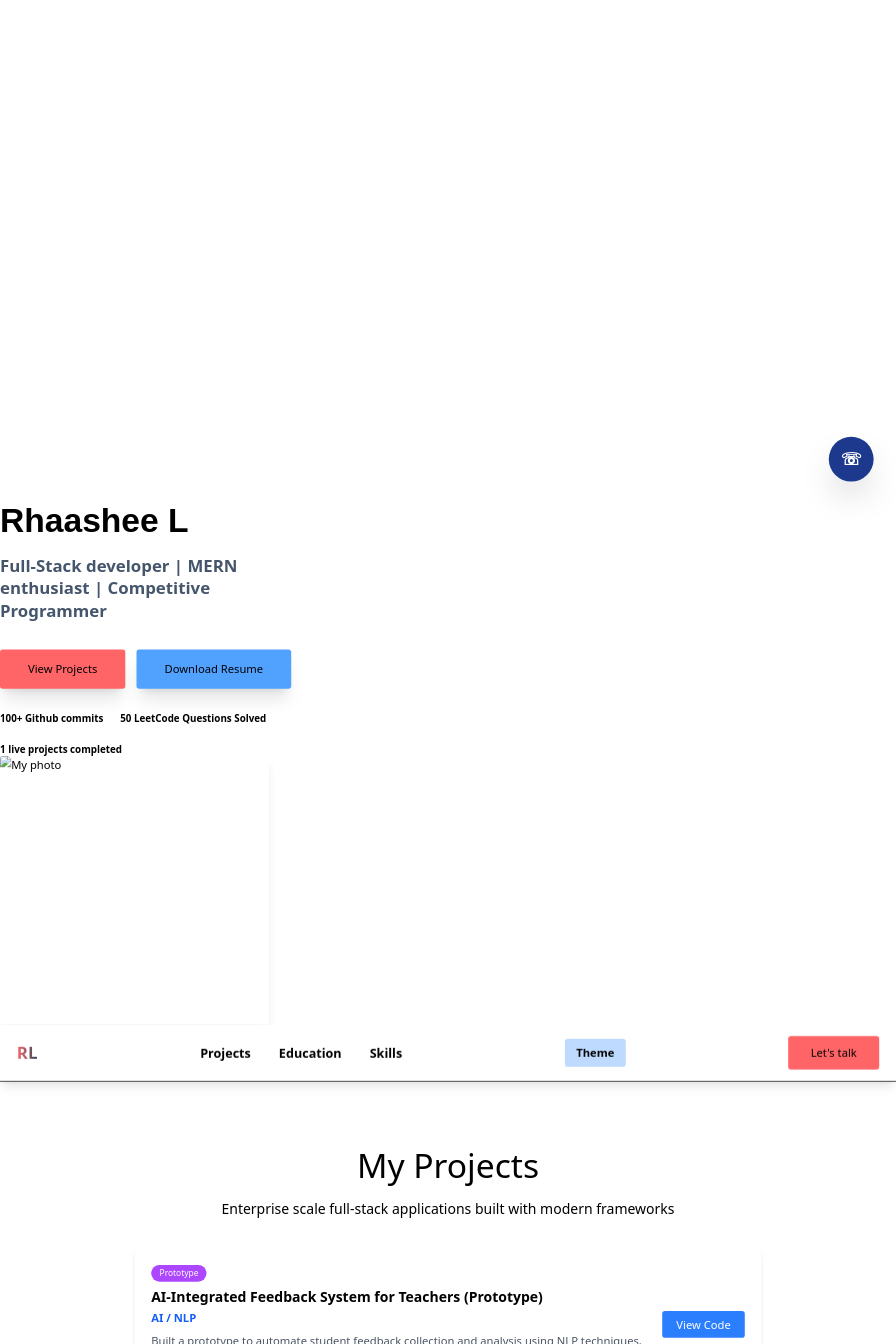
Repository: Rhaashee/myProfile
Page: index.html
An editor plug-in stored every save of this project. The page is shown before and after the next save, followed by the edit.
The browser window is 1280 px wide. The pictures show the part of the page from y = 0 to 1920 px (the page is 4649 px tall before and 3185 px after), at 70% of full size.

Above is the page before, as saved 2026-04-30 09:17:27.
Console error: SyntaxError: Identifier 'projectsData' has already been declared
Not found: assets/images/bg.png
Not found: assets/images/img.jpg

### index.html
<!-- MERN_Stu_FebMay26Mys\W4\D5\portfolio-project\index.html -->
<!DOCTYPE html>
<html lang="en">

<head>
    <meta charset="UTF-8">
    <meta name="viewport" content="width=device-width, initial-scale=1.0">

    <title>Week 3 & 4 Portfolio Project</title>

    <script src="https://cdn.jsdelivr.net/npm/@tailwindcss/browser@4"></script>

    <link rel="stylesheet" href="css/custom.css">

</head>

<body>
    <!-- HERO SECTION -->

    <section class="min-h-screen bg-cover bg-center relative" style="background-image: url('assets/images/bg.png');">

        <!-- Overlay -->
        <div class="absolute inset-0 bg-white/80"></div>

        <!-- Content -->
        <div
            class="relative flex flex-col lg:flex-row lg:items-center lg:justify-between px-8 lg:px-16 py-20 gap-12 lg:gap-20">

            <!-- Your existing content here -->

        </div>

    </section>

    <div class="order-2 lg:order-1 flex-1 lg:max-w-lg text-center lg:text-left">

        <h1 class="text-5xl mb-6 font-bold" style="font-family: 'Poppins', sans-serif;">Rhaashee L</h1>

        <p class="text-xl lg:text-2xl text-slate-600 font-bold mb-10 max-w-md mx-auto lg:mx-0">
            Full-Stack developer | MERN enthusiast | Competitive Programmer
        </p>

        <div class="flex flex-col sm:flex-row gap-4 justify-center lg:justify-start items-center lg:items-start mb-8">

            <a href="#projects" class="bg-red-400 hover:bg-green-500 px-10 py-4 rounded shadow-xl">
                View Projects
            </a>

            <a href="#resume" class="bg-blue-400 hover:bg-green-500 px-10 py-4 rounded shadow-xl">
                Download Resume
            </a>

        </div>

        <div class="flex flex-wrap gap-6 justify-center lg:justify-start text-sm font-bold">

            <span>100+ Github commits</span>
            <span>50 LeetCode Questions Solved</span>
            <span>1 live projects completed</span>

        </div>

    </div>

    <div class="order-1 lg:order-2 w-full lg:w-96 max-w-sm mx-auto lg:mx-0">

        <img src="assets/images/img.jpg" alt="My photo"
            class="aspect-square w-full rounded shadow-lg mx-auto lg:mx-0 hover:ring-blue-500 transition-all duration-300 hover:scale-[1.02]"
            loading="lazy">

    </div>

    </section>

    <!-- NAVBAR -->

    <nav class="sticky top-0 z-50 bg-white/95 backdrop-blur-md border-b shadow-lg">

        <div class="max-w-7xl mx-auto px-6 py-4 flex items-center justify-between">

            <a href="#"
                class="text-2xl font-bold bg-clip-text bg-gradient-to-r from-red-400 to-slate-700 text-transparent">
                RL
            </a>

            <ul class="hidden md:flex items-center gap-10">

                <li><a href="#projects" class="text-lg font-bold hover:text-blue-600">Projects</a></li>

                <li><a href="#education" class="text-lg font-bold hover:text-blue-600">Education</a></li>

                <li><a href="#skills" class="text-lg font-bold hover:text-blue-600">Skills</a></li>

            </ul>
            <button id="theme-toggle" class="bg-blue-200 px-4 py-2 rounded font-bold">Theme</button>
            <a href="#contact" class="bg-red-400 hover:bg-green-500 rounded transition-all duration-300 px-8 py-3">
                Let's talk
            </a>

        </div>

    </nav>

    <!-- PROJECTS -->

    <section id="projects" class="py-24 px-8 lg:px-16">

        <div class="max-w-7xl mx-auto">

            <div class="text-center mb-10">

                <h2 class="text-4xl lg:text-5xl mb-6">My Projects</h2>

                <p class="text-xl max-w-2xl mx-auto">
                    Enterprise scale full-stack applications built with modern frameworks
                </p>

            </div>

            <!-- Project Filter Bar -->

            <div id="projects-container" class="max-w-4xl mx-auto space-y-6"></div>

            <!-- Dynamic container for projects -->

            <div id="projects-container" class="grid grid-cols-1 md:grid-cols-2 lg:grid-cols-3 gap-8">
            </div>

        </div>

    </section>

    <!--Education and experience-->
    <section id="experience" class="py-24 px-8 lg:px-16">

        <div class="max-w-4xl mx-auto">

            <h2 class="text-4xl text-gray-700 text-center mb-10">
                Education
            </h2>

            <!-- Dynamic Education -->
            <div id="education-container"></div>

        </div>

    </section>

    </section>

    <!-- SKILLS -->

    <section id="skills" class="py-24 px-8 lg:px-16 bg-blue-100">

        <div class="max-w-7xl mx-auto">

            <h2 class="text-4xl text-center font-bold mb-20">
                Skills
            </h2>

            <!-- Dynamic Skills Container -->

            <div id="skills-container" class="grid grid-cols-1 md:grid-cols-2 lg:grid-cols-4 gap-8">
            </div>

        </div>

    </section>

    <!-- CONTACT MODAL -->

    <button id="modal-trigger"
        class="fixed bottom-8 right-8 w-16 h-16 bg-blue-900 text-white rounded-full shadow-2xl flex items-center justify-center text-2xl font-bold">
        ☏
    </button>

    <div id="contact-modal" class="fixed inset-0 z-50 hidden bg-black/50 backdrop-blur-md">

        <div class="flex items-center justify-center min-h-screen p-4">

            <div id="modal-content"
                class="bg-white w-full max-w-md rounded-2xl shadow-2xl scale-95 opacity-0 transition-all duration-300">

                <div class="sticky top-0 border-b p-8 pt-12 bg-white">

                    <h3 class="text-2xl font-bold">Contact Me</h3>

                    <button id="modal-close" class="absolute top-6 right-6 text-2xl font-bold">
                        ×
                    </button>

                </div>

                <form id="contact-form" class="p-8 space-y-4">

                    <input id="contact-name" type="text" placeholder="Your name"
                        class="w-full border rounded px-4 py-3">

                    <input id="contact-email" type="email" placeholder="email@website.com"
                        class="w-full border rounded px-4 py-3">

                    <p id="form-message" class="text-sm text-red-500"></p>

                    <div class="flex flex-col sm:flex-row gap-4 pt-4">

                        <button type="button" id="form-cancel" class="flex-1 font-bold py-4 px-6">
                            Cancel
                        </button>

                        <button type="submit" class="flex-1 font-bold py-4 px-6">
                            Submit
                        </button>

                    </div>

                </form>

            </div>

        </div>

    </div>

    <!-- SWIPE TO HOME BUTTON -->

    <button id="home-swiper"
        class="fixed bottom-8 left-8 bg-pink-200 text-white px-5 py-3 rounded-full shadow-xl hover:bg-blue-600 transition">
        Back to Home
    </button>
    <!-- MAIN JS ENTRY-->

    <script src="js/data/projects.js"></script>
    <script src="js/data/skills.js"></script>
    <script src="js/features/skills-render.js"></script>
    <script src="js/features/modal.js"></script>
    <script src="js/features/contact-validation.js"></script>
    <script src="js/features/theme-toggle.js"></script>
    <script src="js/data/projects.js"></script>
    <script src="js/features/project-filter.js"></script>
    <script src="js/features/project-search.js"></script>
    <script src="js/main.js"></script>
    <script src="js/features/BackToTop.js"></script>
    <script src="js/data/education.js"></script>
    <script src="js/features/education-render.js"></script>



</body>

</html>

### css/custom.css
.dark-mode{
    background-color: black;
    color: white;
}
.dark-mode nav{
    background-color: rgb(178, 173, 173);
    color: white;
}
.dark-mode section{
    background-color: rgb(0, 0, 0);
    color: white;
}
.dark-mode .bg-blue-100{
    background-color: rgb(235, 236, 240);
    color: rgb(153, 145, 145);
}
.dark-mode .bg-white{
    background-color: rgb(0, 0, 0);
}
.dark-mode .text-gray-700{
    color: white;
}
.line-clamp-2 {
  display: -webkit-box;
  -webkit-line-clamp: 2;
  -webkit-box-orient: vertical;
  overflow: hidden;
}
.progress-circle {
  width: 90px;
  height: 90px;
  border-radius: 50%;
  display: flex;
  align-items: center;
  justify-content: center;
  box-shadow: 0 4px 10px rgba(37, 99, 235, 0.2);
}

.inner-circle {
  width: 65px;
  height: 65px;
  background: white;
  border-radius: 50%;
  display: flex;
  align-items: center;
  justify-content: center;
  font-weight: bold;
}

.dark .inner-circle {
  background: #eff6ff;
}

### js/data/projects.js
const projectsData = [
  {
    id: 1,
    name: "AI-Integrated Feedback System for Teachers (Prototype)",
    category: "AI / NLP",
    description:
      "Built a prototype to automate student feedback collection and analysis using NLP techniques, enabling structured insights from textual responses.",
    technologies: ["Python", "Flask", "NLP"],
    status: "Prototype",
    liveDemo: "#",
    github: "#"
  },{
    id: 2,
    name: "Virtual Herbal Garden – AYUSH Soap Products",
    category: "Web Development",
    description:
      "Designed an interactive platform for exploring herbal plants and their uses in AYUSH soap products, providing detailed plant and product information.",
    technologies: ["Python", "HTML", "CSS"],
    status: "Completed",
    liveDemo: "#",
    github: "#"
  },
  {
    id: 3,
    name: "Land Leasing Platform for Farmers (Ongoing)",
    category: "Web Development",
    description:
      "Developing a web-based platform for secure land leasing with buyer and seller authentication, enabling transparent and efficient transactions.",
    technologies: ["HTML", "CSS", "JavaScript", "MySQL"],
    status: "Completed",
    liveDemo: "#",
    github: "#"
  },
  {
    id: 4,
    name: "Portfolio Website",
    category: "Frontend",
    description:
      "Responsive personal portfolio website showcasing projects, skills, and contact information.",
    technologies: ["HTML", "Tailwind CSS", "JavaScript"],
    status: "Live",
    liveDemo: "#",
    github: "#"
  },
  {
    id: 6,
    name: "BookMyShow Clone",
    category: "MERN",
    description:
      "Full stack movie ticket booking application with AI-powered smart movie suggestions.",
    technologies: ["ReactJS", "ExpressJS", "MongoDB", "NodeJS"],
    status: "Ongoing",
    liveDemo: "#",
    github: "#"
  }

];

### js/data/skills.js

const skillsData = [
  {
    id: 1,
    name: "MongoDB",
    shortLabel: "MDB",
    description: "NoSQL database for handling unstructured data and scalable applications."
  },
  {
    id: 2,
    name: "ExpressJS",
    shortLabel: "Exp",
    description: "Backend framework for building REST APIs and server-side applications."
  },
  {
    id: 3,
    name: "ReactJS",
    shortLabel: "R",
    description: "Component-based UI development with hooks and state management."
  },
  {
    id: 4,
    name: "NodeJS",
    shortLabel: "Node",
    description: "JavaScript runtime for building scalable backend services."
  },
  {
    id: 5,
    name: "Power BI",
    shortLabel: "BI",
    description: "Interactive dashboards and data visualization for business insights."
  },
  {
    id: 6,
    name: "Tableau",
    shortLabel: "Tb",
    description: "Data visualization and storytelling through charts and dashboards."
  },

];

### js/features/skills-render.js
function renderSkills(){
    const skillsContainer = document.getElementById("skills-container");

    if(!skillsContainer){
        console.log("Skills Contianer not found");
        return;
    }
    skillsContainer.innerHTML = "";
    skillsData.forEach(function(skill){
        // to create outer card
        const card = document.createElement("div");
        card.className = "p-8 text-center bg-white rounded-3xl shadow-lg";

        // create icon
        const iconBox = document.createElement("div");
        iconBox.className = "w-20 h-20 mx-auto mb-4 bg-green-900 rounded-2xl flex item-center justify-center";

        // create icon
        const iconText = document.createElement("span");
        iconText.className = "text-2xl text-white font-bold"
        iconText.textContent = skill.shortLabel;

        // Put iconText inside iconBox
        iconBox.appendChild(iconText);

        // create a skill name
        const skillsName = document.createElement("h3");
        skillsName.className = "text-xl font-bold mb-2";
        skillsName.textContent = skill.name;

        // create skill description
        const skillDescription = document.createElement("p");
        skillDescription.className = "text-sm";
        skillDescription.textContent = skill.description;

        // append all child elements to card
        card.appendChild(iconBox);
        card.appendChild(skillsName);
        card.appendChild(skillDescription);

        // append card to skills container
        skillsContainer.appendChild(card);
    });
    console.log("Skills rendered successfully");
}

### js/features/modal.js
function initModal(){
    const modal = document.getElementById("contact-modal");
    const modalContent = document.getElementById("modal-content");
    const modalTrigger = document.getElementById("modal-trigger");
    const modalClose = document.getElementById("modal-close");
    const formCancel = document.getElementById("form-cancel");

    if(!modal || !modalContent || !modalTrigger || !modalClose || !formCancel){
        console.log("Modal element not found");
        return;
    }
    function openModal(){
        modal.classList.remove("hidden");

        setTimeout(function(){
            modalContent.classList.remove("scale-95","opacity-0");
        },10);
    }
    function closeModal(){
        modalContent.classList.add("scale-95","opacity-0");
        setTimeout(function(){
            modal.classList.add("hidden");
        },200);
    }
    modalTrigger.addEventListener("click",openModal);
    modalClose.addEventListener("click",closeModal);
    formCancel.addEventListener("click",closeModal);

    //close when clicking on backdrop
    modal.addEventListener("click",function(event){
        if(event.target === modal){
            closeModal();
        }
    });
    console.log("Modal opened successfully");
}

### js/features/contact-validation.js
function initContactValidation(){
    const contactModal = document.getElementById("contact-modal");
    const contactForm = document.getElementById("contact-form");
    const contactName = document.getElementById("contact-name");
    const contactEmail = document.getElementById("contact-email");
    const formMessage = document.getElementById("form-message");

    if(!contactModal || !contactForm || !contactName || !contactEmail || !formMessage){
        console.log("Contact form elements not found");
        return;
    }

    contactForm.addEventListener("submit",function(event){
        event.preventDefault();

        const name = contactName.value.trim();
        const email = contactEmail.value.trim();

        formMessage.textContent = "";
        formMessage.className = "text-sm";

        // Name validation
        if(name === ""){
            formMessage.textContent = "Name is required";
            formMessage.classList.add("text-red-500");
            contactName.focus();
            return;
        }
        if(name.length < 5){
            formMessage.textContent = "Name must be atleast 5 chars"
            formMessage.classList.add("text-red-500");
            contactName.focus();
            return;
        }
        // Email Validation
        if(email === ""){
            formMessage.textContent = "Email is required";
            formMessage.classList.add("text-red-500");
            contactEmail.focus();
            return;
        }
        const emailPattern = /^[^\s@]+@[^\s@]+\.[^\s@]+$/;

        if(!emailPattern.test(email)){
            formMessage.textContent = "Enter valid email";
            formMessage.classList.add("text-red-500");
            contactEmail.focus();
            return;
        }

        formMessage.textContent = "Meassage Submitted Sucessfully";
        formMessage.classList.add("text-green-600");
        console.log("Valid credentials : ",{name:name,email:email});
        contactForm.reset();
    });
    contactName.addEventListener("input",function(){
        formMessage.textContent = "";
    });
    contactEmail.addEventListener("input",function(){
        formMessage.textContent = "";
    });
}

### js/features/theme-toggle.js
function initThemeToggle(){
    const toggleBtn = document.getElementById("theme-toggle");
    const body = document.body;

    const savedTheme = localStorage.getItem("portfolio-theme");

    if(savedTheme === "dark"){
        body.classList.add("dark-mode");
    }
    toggleBtn.addEventListener("click",function(){
        body.classList.toggle("dark-mode");
        if(body.classList.contains("dark-mode")){
            localStorage.setItem("portfolio-theme","dark");
            console.log("Dark mode enanbled");
        }else{
            localStorage.setItem("portfolio-theme","light");
            console.log("Light mode enanbled");
        }
    });
}

### js/features/project-search.js
document.addEventListener("DOMContentLoaded", () => {

    const dropdown = document.getElementById("project-filter-dropdown");
    const container = document.getElementById("projects-container");

    // Initially hide projects
    container.innerHTML = "";

    dropdown.addEventListener("change", () => {

        const selected = dropdown.value;

        // if nothing selected → hide again
        if (!selected) {
            container.innerHTML = "";
            return;
        }

        // filter projects
        const filtered = projectsData.filter(
            (p) => p.category === selected
        );

        renderProjects(filtered);
    });

});

### js/main.js
document.addEventListener("DOMContentLoaded", function () {
    // Render Skills
    renderSkills();
    initModal();
    initContactValidation();
    initThemeToggle();
})
document.addEventListener("DOMContentLoaded", () => {
    renderEducation();
});
document.addEventListener("DOMContentLoaded", () => {
    renderProjects(projectsData);
});

### js/features/BackToTop.js
const swiperButton = document.getElementById("home-swiper");

// safety check (important)
if (swiperButton) {

    // hide initially
    swiperButton.style.display = "none";

    // scroll to top
    swiperButton.addEventListener("click", function () {
        window.scrollTo({
            top: 0,
            behavior: "smooth"
        });
    });

    // show on scroll
    window.addEventListener("scroll", function () {
        if (window.scrollY > 300) {
            swiperButton.style.display = "block";
        } else {
            swiperButton.style.display = "none";
        }
    });

}

### js/data/education.js
const educationData = [
    {
        id: 1,
        title: "B.E. in CSE (Data Science)",
        institution: "Sai Vidya Institute of Technology, Rajankunte, Bangalore",
        percentage: 83,
        duration: "2022 – 2026"
    },
    {
        id: 2,
        title: "PUC",
        institution: "Deeksha PU College, Thalaghattapura ,Banglore,",
        percentage: 82,
        duration: "2022"
    },
    {
        id: 3,
        title: "Schooling",
        institution: "Nitte International School, Mylapanahhali ,Yelehanka ,Banaglore",
        percentage: 69,
        duration: "2020"
    }
];

### js/features/education-render.js
function renderEducation() {
    const container = document.getElementById("education-container");

    if (!container) return;

    container.innerHTML = "";

    educationData.forEach((edu) => {

        // CARD
        const card = document.createElement("div");
        card.className =
            "flex items-center gap-6 bg-white dark:bg-blue-50 p-6 mb-6 rounded-xl shadow-md hover:shadow-lg transition";

        //  DONUT CIRCLE
        const circle = document.createElement("div");
        circle.className = "progress-circle";

        const value = edu.percentage;

        // BLUE DONUT
        circle.style.background =
            `conic-gradient(#2563eb ${value}%, #bfdbfe ${value}%)`;

        const inner = document.createElement("div");
        inner.className = "inner-circle";
        inner.textContent = value + "%";

        circle.appendChild(inner);

        // TEXT displaying name of school and college
        const textBox = document.createElement("div");

        const title = document.createElement("h3");
        title.className = "text-lg font-bold";
        title.textContent = edu.title;

        const inst = document.createElement("p");
        inst.className = "text-gray-600";
        inst.textContent = edu.institution;

        const duration = document.createElement("p");
        duration.className = "text-sm text-gray-500";
        duration.textContent = edu.duration;

        textBox.append(title, inst, duration);

        // FINAL
        card.append(circle, textBox);
        container.appendChild(card);
    });
}

Loaded but not shown: js/features/project-filter.js (71 lines, source omitted)

After the next save:
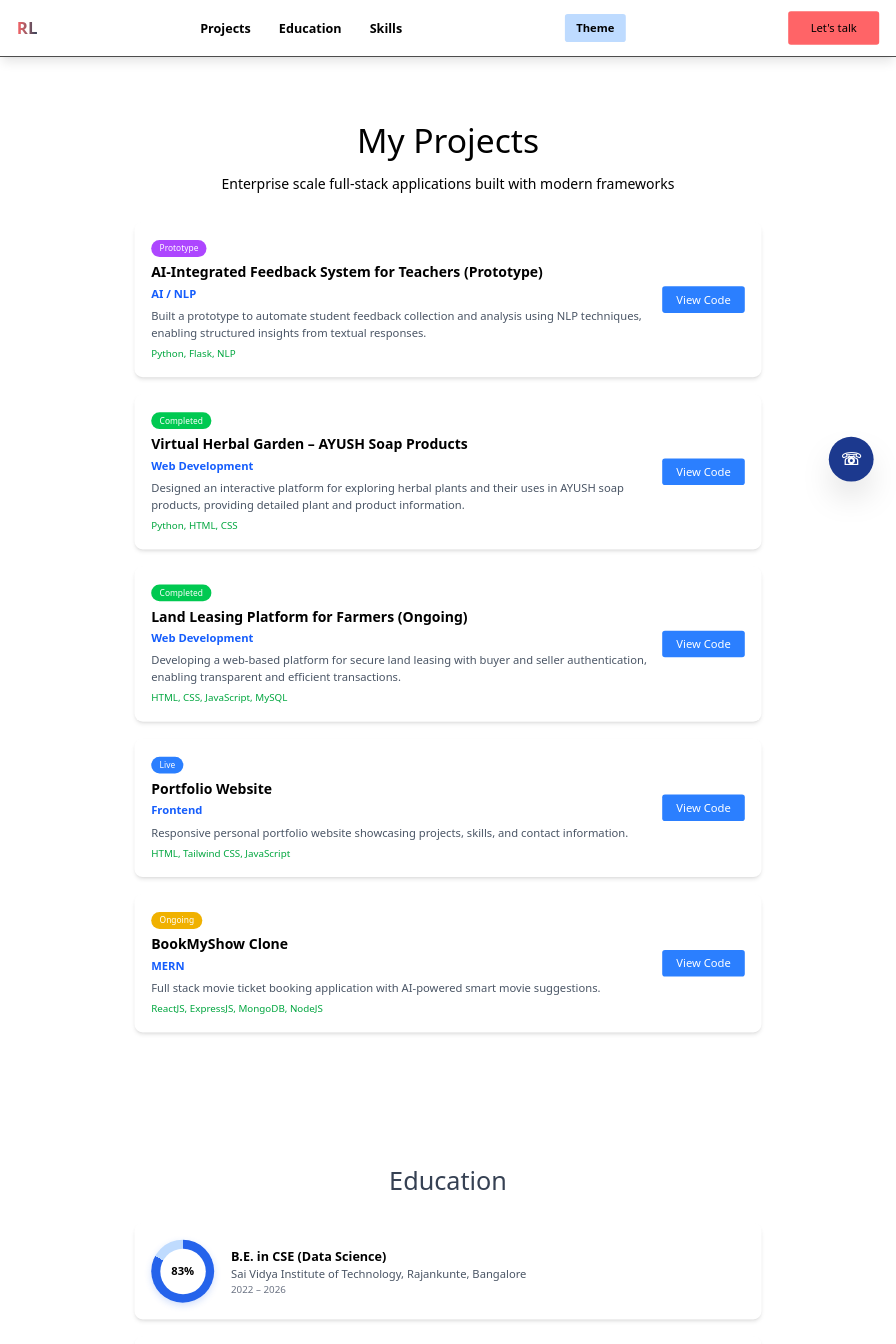
Saved 24 min 24 s later.
--- a/index.html
+++ b/index.html
@@ -17,60 +17,7 @@
 <body>
     <!-- HERO SECTION -->
 
-    <section class="min-h-screen bg-cover bg-center relative" style="background-image: url('assets/images/bg.png');">
 
-        <!-- Overlay -->
-        <div class="absolute inset-0 bg-white/80"></div>
-
-        <!-- Content -->
-        <div
-            class="relative flex flex-col lg:flex-row lg:items-center lg:justify-between px-8 lg:px-16 py-20 gap-12 lg:gap-20">
-
-            <!-- Your existing content here -->
-
-        </div>
-
-    </section>
-
-    <div class="order-2 lg:order-1 flex-1 lg:max-w-lg text-center lg:text-left">
-
-        <h1 class="text-5xl mb-6 font-bold" style="font-family: 'Poppins', sans-serif;">Rhaashee L</h1>
-
-        <p class="text-xl lg:text-2xl text-slate-600 font-bold mb-10 max-w-md mx-auto lg:mx-0">
-            Full-Stack developer | MERN enthusiast | Competitive Programmer
-        </p>
-
-        <div class="flex flex-col sm:flex-row gap-4 justify-center lg:justify-start items-center lg:items-start mb-8">
-
-            <a href="#projects" class="bg-red-400 hover:bg-green-500 px-10 py-4 rounded shadow-xl">
-                View Projects
-            </a>
-
-            <a href="#resume" class="bg-blue-400 hover:bg-green-500 px-10 py-4 rounded shadow-xl">
-                Download Resume
-            </a>
-
-        </div>
-
-        <div class="flex flex-wrap gap-6 justify-center lg:justify-start text-sm font-bold">
-
-            <span>100+ Github commits</span>
-            <span>50 LeetCode Questions Solved</span>
-            <span>1 live projects completed</span>
-
-        </div>
-
-    </div>
-
-    <div class="order-1 lg:order-2 w-full lg:w-96 max-w-sm mx-auto lg:mx-0">
-
-        <img src="assets/images/img.jpg" alt="My photo"
-            class="aspect-square w-full rounded shadow-lg mx-auto lg:mx-0 hover:ring-blue-500 transition-all duration-300 hover:scale-[1.02]"
-            loading="lazy">
-
-    </div>
-
-    </section>
 
     <!-- NAVBAR -->
 
